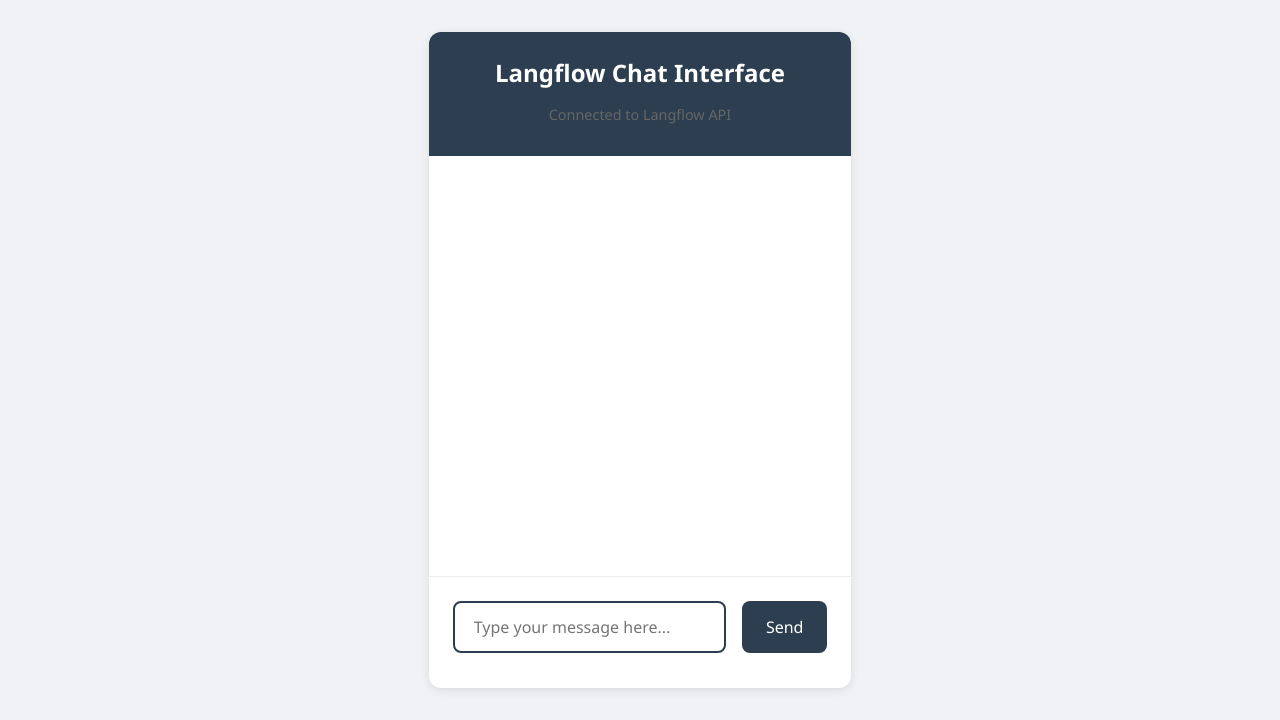
Repository: Tarunkasliwal/BeerBros_mumbai
Page: index.html
An editor plug-in stored every save of this project. The page is shown before and after the next save, followed by the edit.
The browser window is 1280 px wide. The pictures show the whole page.

Above is the page before, as saved 2025-01-19 05:23:49.

After the next save:
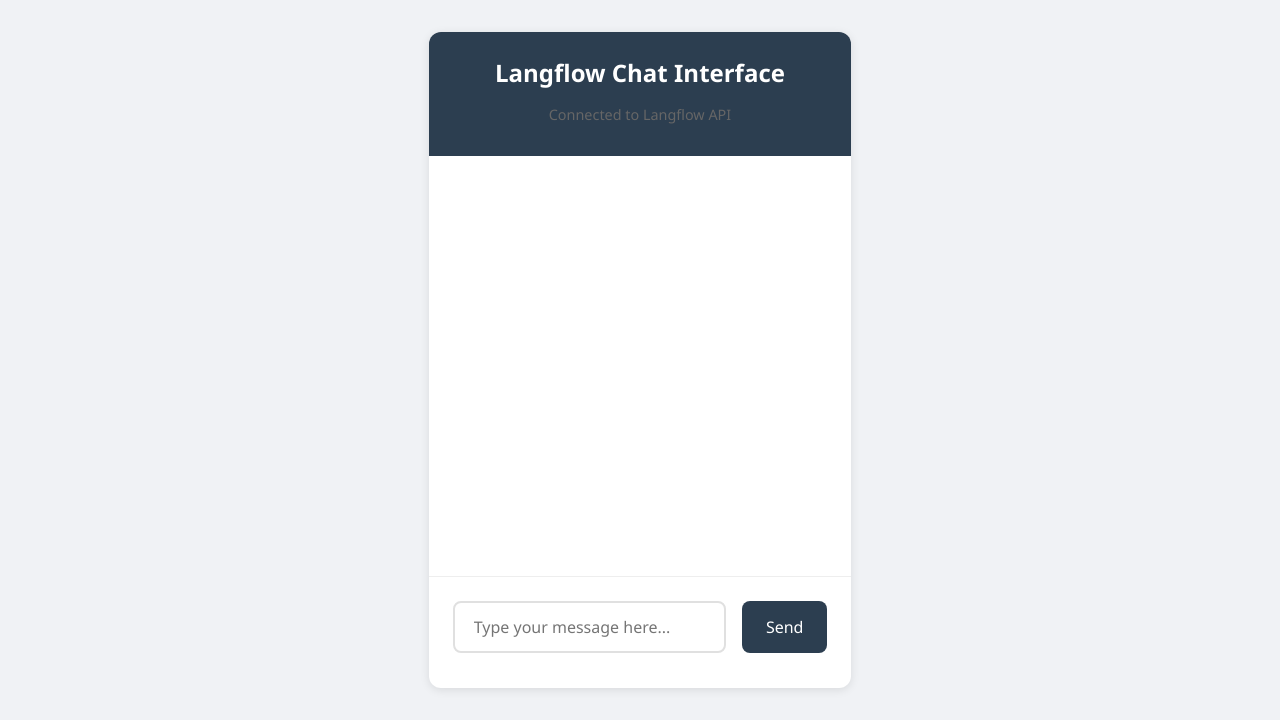
Console error: SyntaxError: Invalid shorthand property initializer
Saved 94 s later.
--- a/index.html
+++ b/index.html
@@ -235,9 +235,9 @@
 
         // Configuration
         const CONFIG = {
-            baseURL: 'https://https://api.langflow.astra.datastax.com',
-            flowId: '51a07a7b-d922-42c6-809f-4755f23d200d',
-            langflowId: 'e889a07c-43c2-42ff-ab2a-375f6f7540b3',
+            BASE_API_URL = "https://api.langflow.astra.datastax.com"
+LANGFLOW_ID = "e889a07c-43c2-42ff-ab2a-375f6f7540b3"
+FLOW_ID = "51a07a7b-d922-42c6-809f-4755f23d200d"
             applicationToken: 'AstraCS:SvyOKgnCzEQYkssZplAukyuK:256466296e0ea337e7b78b213e9f8a453f14dc3205e89be0e7c556eefca0c84c',
             tweaks: {
                 "ChatInput-SnYiF": {},
